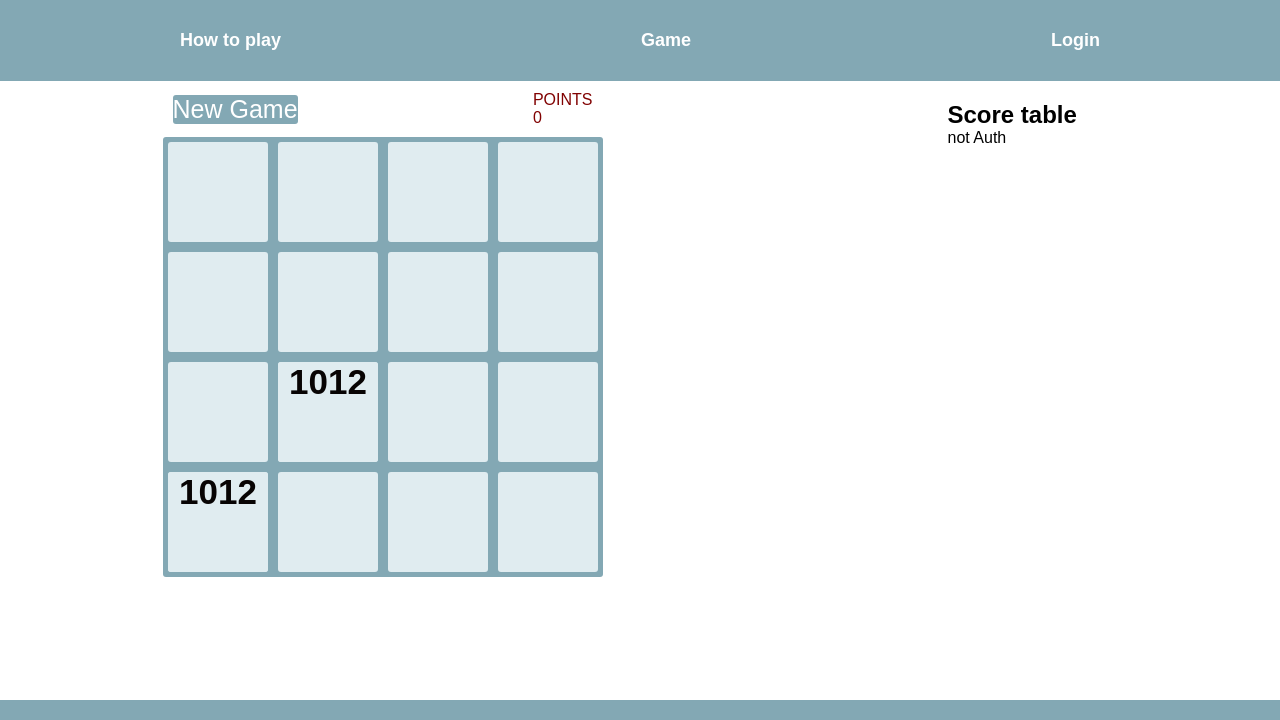
Repository: nika-otter/2048
Page: / (app in client/)
An editor plug-in stored every save of this project. The page is shown before and after the next save, followed by the edit.
The browser window is 1280 px wide. The pictures show the whole page.
The project was rebuilt for these pictures with package versions that can differ from the ones it lists, and the page was loaded fresh each time. Also part of the build but not shown: client/src/components/Login/LoginForm.js, client/src/pages/account/index.jsx, client/src/components/Game/GameOverlay.jsx, client/src/components/InstructionPage/InstructionPage.module.scss, client/src/components/HowToPlay/howtoplay.module.scss, client/src/components/HowToPlay/howtoplay.jsx, client/src/components/InstructionPage/InstructionPage.jsx, client/src/pages/Instruction/index.jsx and 4 more.

Above is the page before, as saved 2023-05-01 16:54:22.

After the next save:
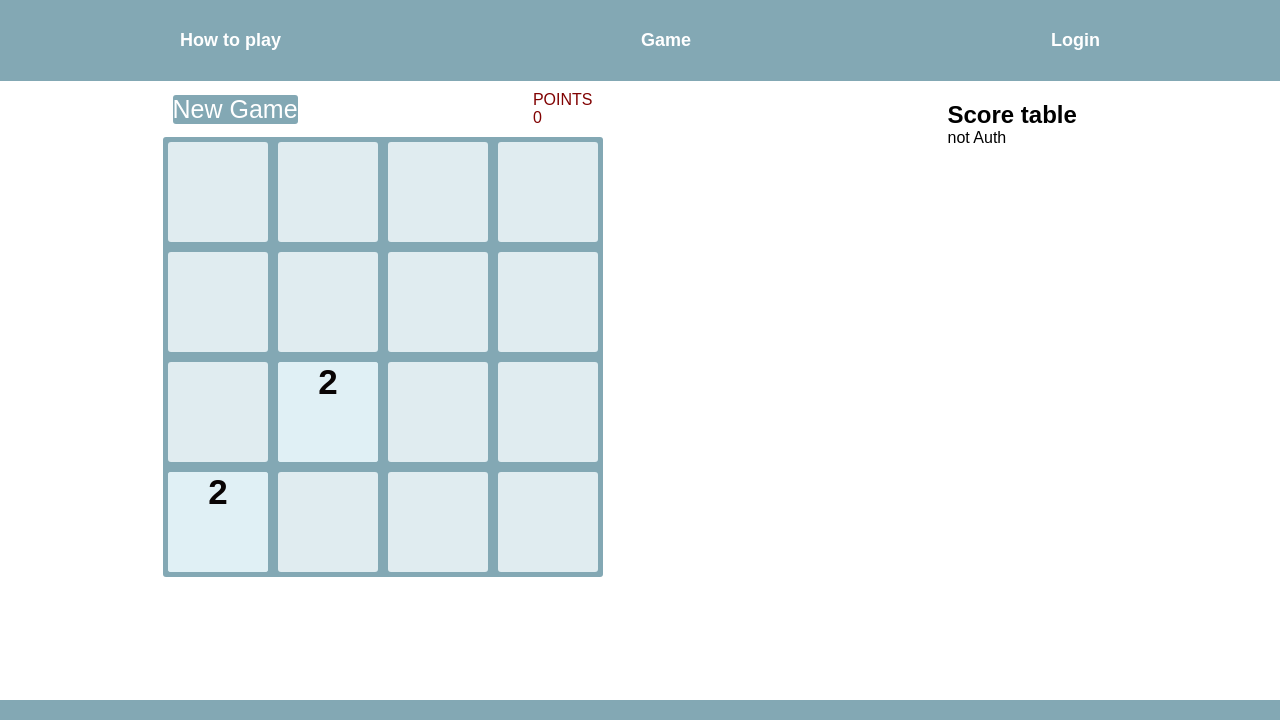
Saved 35 s later.
--- a/client/src/helper/index.js
+++ b/client/src/helper/index.js
@@ -85,7 +85,7 @@ class Board {
     this.cells = [];
     this.score = 0;
     this.size = 4;
-    this.fourProbability = 0.9;
+    this.fourProbability = 0.1;
     this.deltaX = [-1, 0, 1, 0];
     this.deltaY = [0, -1, 0, 1];
     for (let i = 0; i < this.size; ++i) {
@@ -160,7 +160,7 @@ class Board {
     }
     let index = Math.floor(Math.random() * emptyCells.length);
     let cell = emptyCells[index];
-    let newValue = Math.random() < this.fourProbability ? 1012 : 2;
+    let newValue = Math.random() < this.fourProbability ? 44 : 2;
     let randomTile = this.addTile(newValue);
     randomTile.random = true;
 
